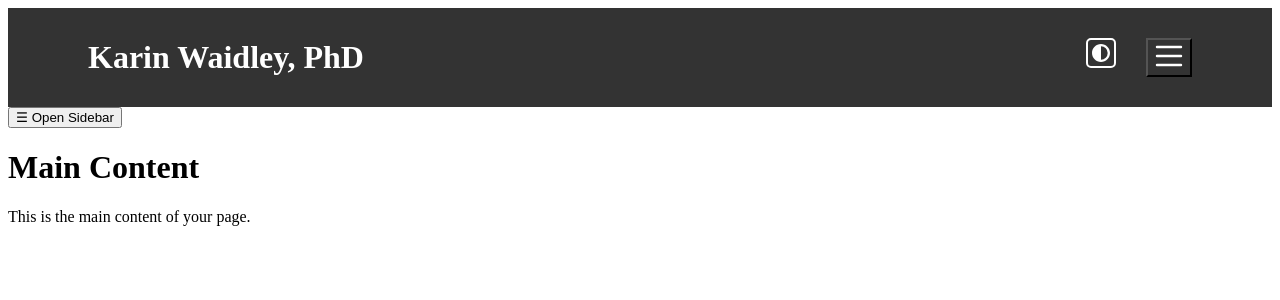
Repository: Ceasor7/Karin
Page: test.html
The author's editor kept a copy of each file at every save. The page is drawn from the files as they stood at one save, then again after the next save.
The browser window is 1280 px wide. The pictures show the whole page.

Above is the page before, as saved 2023-12-15 17:42:15.

After the next save:
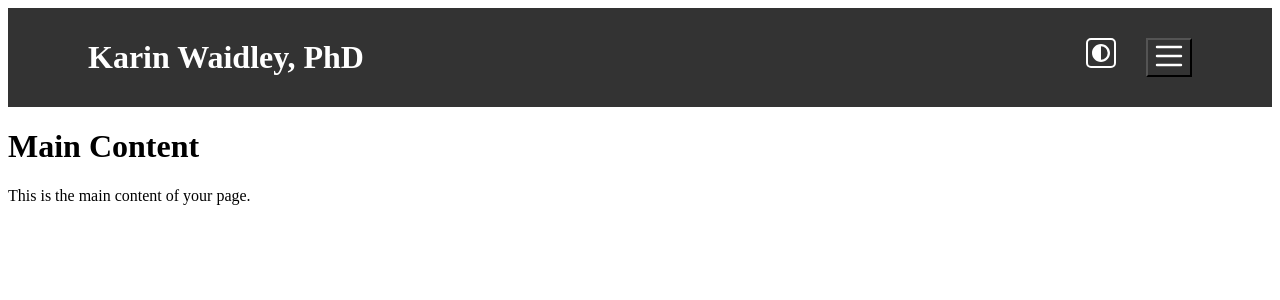
Saved 16 s later.
--- a/test.html
+++ b/test.html
@@ -116,7 +116,6 @@
         </div>
     </header>
     <div id="main">
-        <button class="openbtn" onclick="openNav()">☰ Open Sidebar</button>
         <div class="content">
             <!-- Your page content goes here -->
             <h1>Main Content</h1>
